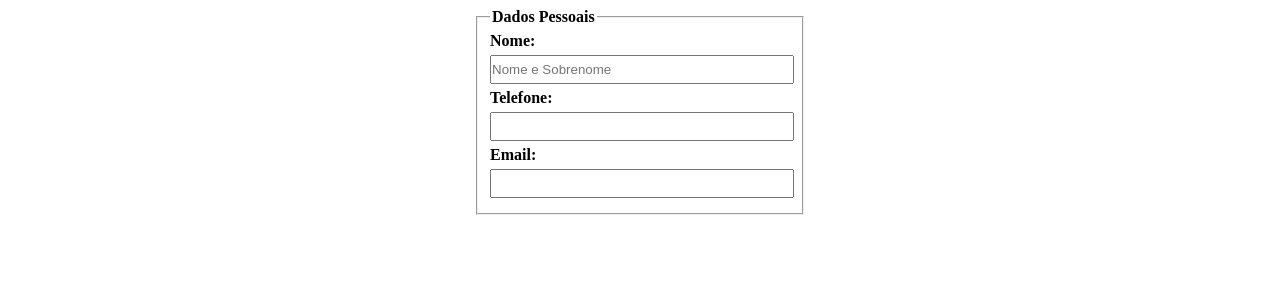
Repository: vitorrausis/Projeto_Final_TrilhaWeb
Page: ProjetoWebJava-main/exemploServlet/src/main/webapp/contato.html
These files come from the project's save history. The page is drawn as it stood at one moment and after the next save; the edit follows.
The browser window is 1280 px wide. The pictures show the whole page.

Above is the page before, as saved 2024-03-21 23:29:18.

### ProjetoWebJava-main/exemploServlet/src/main/webapp/contato.html
<!DOCTYPE html>
<html>
<head>
<meta charset="UTF-8">
<title>Contato</title>
<link rel = "stylesheet" href="style.css" >
</head>
<body>
        <form name="frmfaleconosco" method="post" action="#" onsubmit="return validaFaleConosco()">
            <fieldset class="faleConosco">
                <legend>Dados Pessoais</legend>
                <label for="nome">Nome: </label>
                <input placeholder="Nome e Sobrenome" type="text" name="txtnome" id="nome">
                <label placeholder="(XX)XXXXX-XXXX" for="fone">Telefone: </label>
                <input type="text" name="txtfone" id="fone">
                <label for="email">Email: </label>
                <input type="email" name="txtemail" id="email">
            </fieldset>

        </form>
</body>
</html>

### ProjetoWebJava-main/exemploServlet/src/main/webapp/style.css
@charset "ISO-8859-1";

.faleConosco{
    width: 300px;
    margin: 0px auto;
    font-weight: bold;
    margin-bottom: 10px;
}
.faleConosco input, .faleConosco textarea, .faleConosco select{
    margin: 5px auto;
    width: 100%;
    padding: 5px 0;
}
.faleConosco textarea{
    height: 100px;
    resize: none;
}
.faleConosco button{
    width: 30%;
    margin: 0 10%;
    background-color: #b1ccf5;
    font-weight: bold;
    font-size: 16px;
}

After the next save:
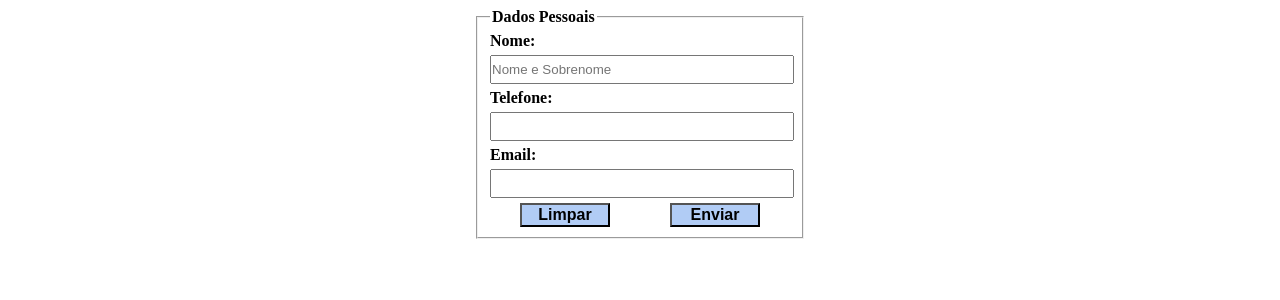
Saved 45 s later.
--- a/ProjetoWebJava-main/exemploServlet/src/main/webapp/contato.html
+++ b/ProjetoWebJava-main/exemploServlet/src/main/webapp/contato.html
@@ -15,6 +15,7 @@
                 <input type="text" name="txtfone" id="fone">
                 <label for="email">Email: </label>
                 <input type="email" name="txtemail" id="email">
+            	<button type="reset" onclick="verificaMotivo(null)">Limpar</button><button type="submit">Enviar</button>
             </fieldset>
 
         </form>
